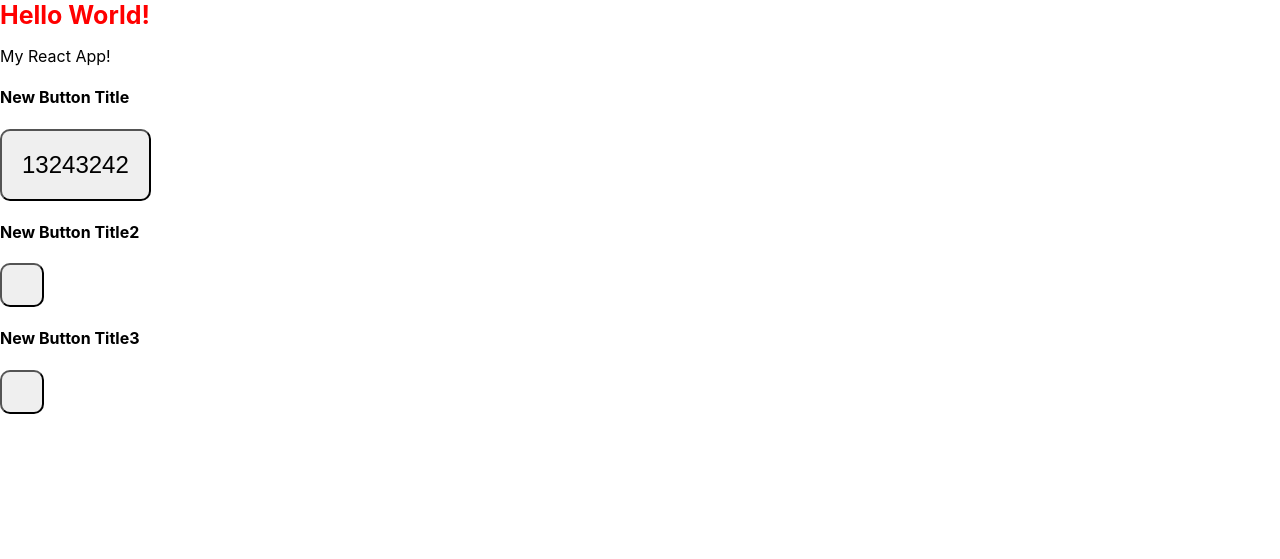
Repository: ruslan-horaiskyi/weatherApp
Page: /
The author's editor kept a copy of each file at every save. The page is drawn from the files as they stood at one save, then again after the next save.
The browser window is 1280 px wide. The pictures show the whole page.
The project was rebuilt for these pictures with package versions that can differ from the ones it lists, and the page was loaded fresh each time.

Above is the page before, as saved 2023-04-20 16:39:15.

### src/App.jsx
import "./App.css";
import  Button  from './components/Button/Button'
// import Input from './components/Button'

const App = () => {
  console.log("App component");

  return (
    <>
      <div className="custom-h1">Hello World!</div>
      <p>My React App!</p>
      <Button title={'New Button Title'}>13243242</Button>
      <Button title={'New Button Title2'} />
      <Button title={'New Button Title3'} />
    </>
  );
};

export default App;

### src/App.css
.custom-h1 {
  color: red;
  font-size: 25px;
  font-weight: bold;
}

### src/components/Button/Button.jsx
import "./Button.css";

const Button = ({ title = "Default Title", children }) => {
  return (
    <>
      <h4>{title}</h4>
      <button
        className="custom-button"
        onClick={() => {
          console.log("Button clicked!");
        }}
      >
        {children}
      </button>
    </>
  );
};

export default Button;

### src/components/Button/Button.css
.custom-button {
  padding: 20px;
  border-radius: 10px;
  font-size: 24px;
  cursor: pointer;
}

Loaded but not shown: public/index.html (common file); src/index.js (common file); src/index.css (common file)

After the next save:
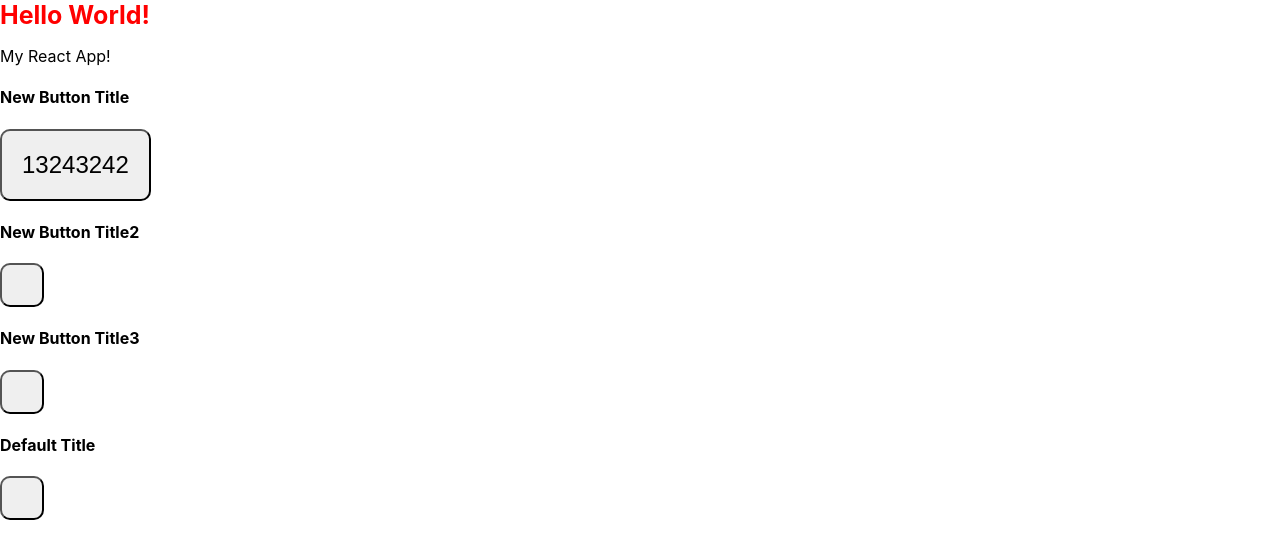
Saved 6 s later.
--- a/src/App.jsx
+++ b/src/App.jsx
@@ -12,6 +12,7 @@ const App = () => {
       <Button title={'New Button Title'}>13243242</Button>
       <Button title={'New Button Title2'} />
       <Button title={'New Button Title3'} />
+      <Button />
     </>
   );
 };
